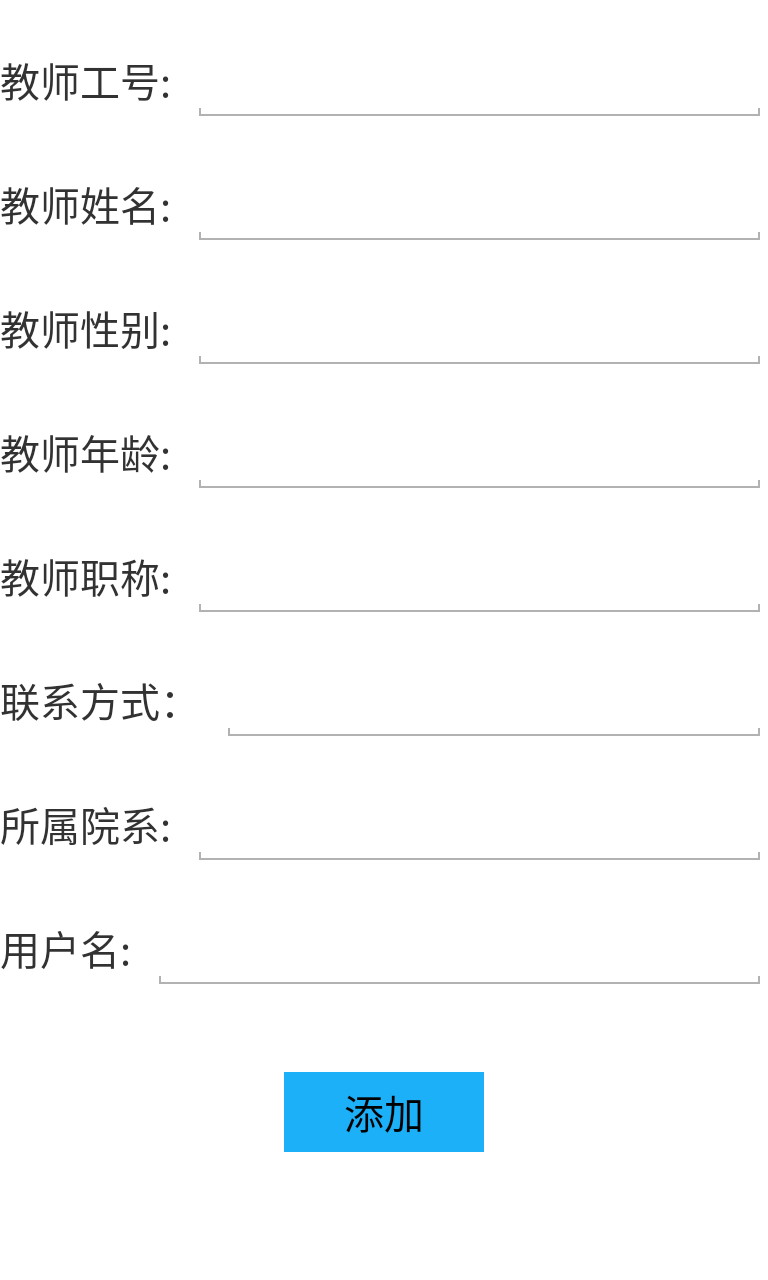
Repository: 15862175370/MyProject
Layout: 毕业设计系统源码_李伟/client/TeachSystem/res/layout/addteacher.xml
These files come from the project's save history. The layout is drawn as it stood at one moment and after the next save; the edit follows.
It is drawn on a 768 x 1280 px phone screen (xhdpi) without system bars, with theme AppTheme; the app's code is not run.

Above is the layout before, as saved 2016-05-20 09:00:49.

After the next save:
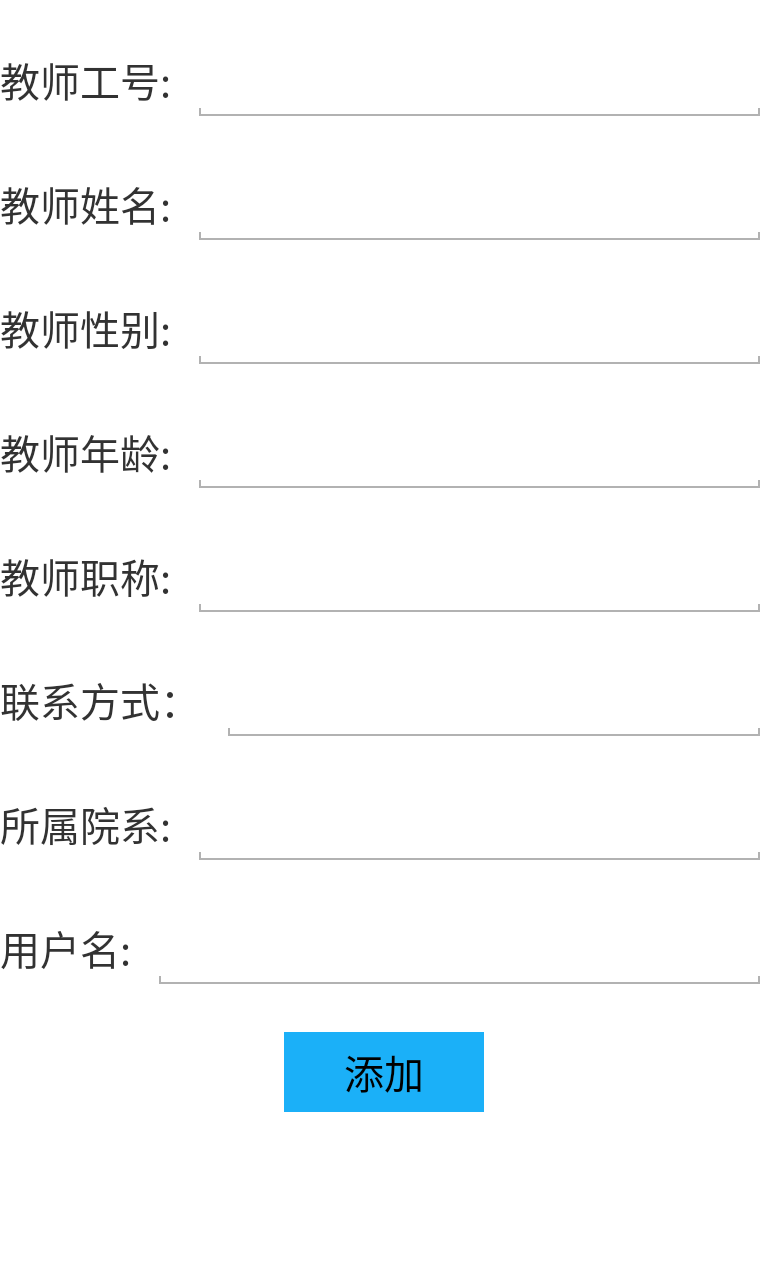
Saved 34 s later.
--- a/毕业设计系统源码_李伟/client/TeachSystem/res/layout/addteacher.xml
+++ b/毕业设计系统源码_李伟/client/TeachSystem/res/layout/addteacher.xml
@@ -209,17 +209,6 @@
     </LinearLayout>
 
 
-            <LinearLayout
-     android:id="@+id/teacher_linearlay"
-      android:layout_width="match_parent"
-        android:layout_height="wrap_content"
-        android:orientation="horizontal"
-        android:layout_marginTop="20dp"
-
-        >
-
-
-    </LinearLayout>
 
     <RelativeLayout
            android:layout_height="wrap_content"
